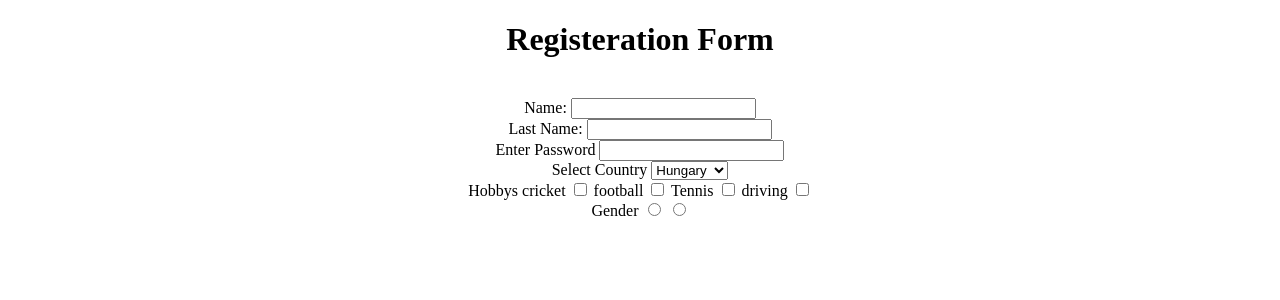
Repository: DevKhanHassam/SpringMvc
Page: http://localhost/formPractice/WEB-INF/views/form.jsp
The author's editor kept a copy of each file at every save. The page is drawn from the files as they stood at one save, then again after the next save.
The browser window is 1280 px wide. The pictures show the whole page.
The page is served by Tomcat 9. Nobody is signed in. The template is opened directly, without the code that normally fills it, so the values that code supplies are empty.

Above is the page before, as saved 2024-05-16 18:21:13.

After the next save:
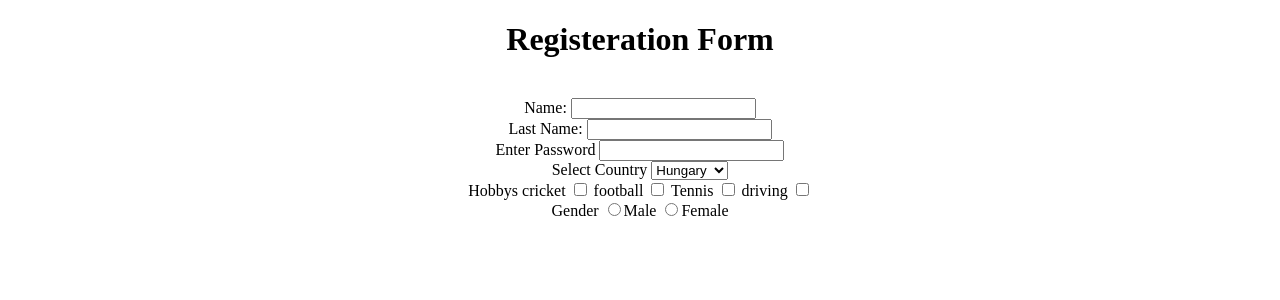
Saved 43 s later.
--- a/formPractice/src/main/webapp/WEB-INF/views/form.jsp
+++ b/formPractice/src/main/webapp/WEB-INF/views/form.jsp
@@ -40,8 +40,8 @@
 		     <div></div>
 
 		     <label>Gender</label>
-		     <form:radiobutton value="Male" path="gender"/>
-		      <form:radiobutton value="female" path="gender"/>
+		     <form:radiobutton label="Male" value="Male" path="gender"/>
+		      <form:radiobutton label="Female" value="female" path="gender"/>
 
 		</form:form>
 
